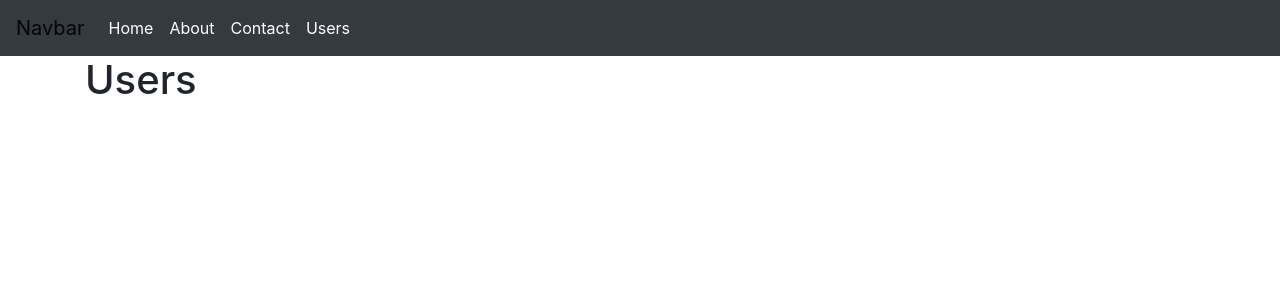
Repository: syawal2kalii/parsinta_clone_model
Page: http://localhost/user
These files come from the project's save history. The page is drawn as it stood at one moment and after the next save; the edit follows.
The browser window is 1280 px wide. The pictures show the whole page.
The page is served by the project's Laravel application, run on PHP 8.4 with Laravel 8.

Above is the page before, as saved 2019-12-26 20:17:29.

After the next save:
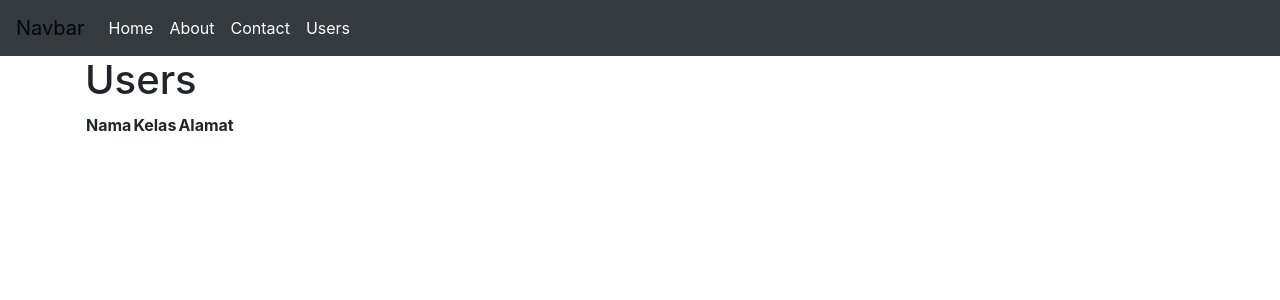
Saved 22 s later.
--- a/resources/views/users.blade.php
+++ b/resources/views/users.blade.php
@@ -6,10 +6,14 @@
 @section('content')
     <div class="container">
         <h1>Users</h1>
-        <table></table>
+        <table>
+            <tr>
+                <th>Nama</th>
+                <th>Kelas</th>
+                <th>Alamat</th>
         @foreach ($data as $users)
 
         @endforeach
-
+        </table>
     </div>
 @endsection
